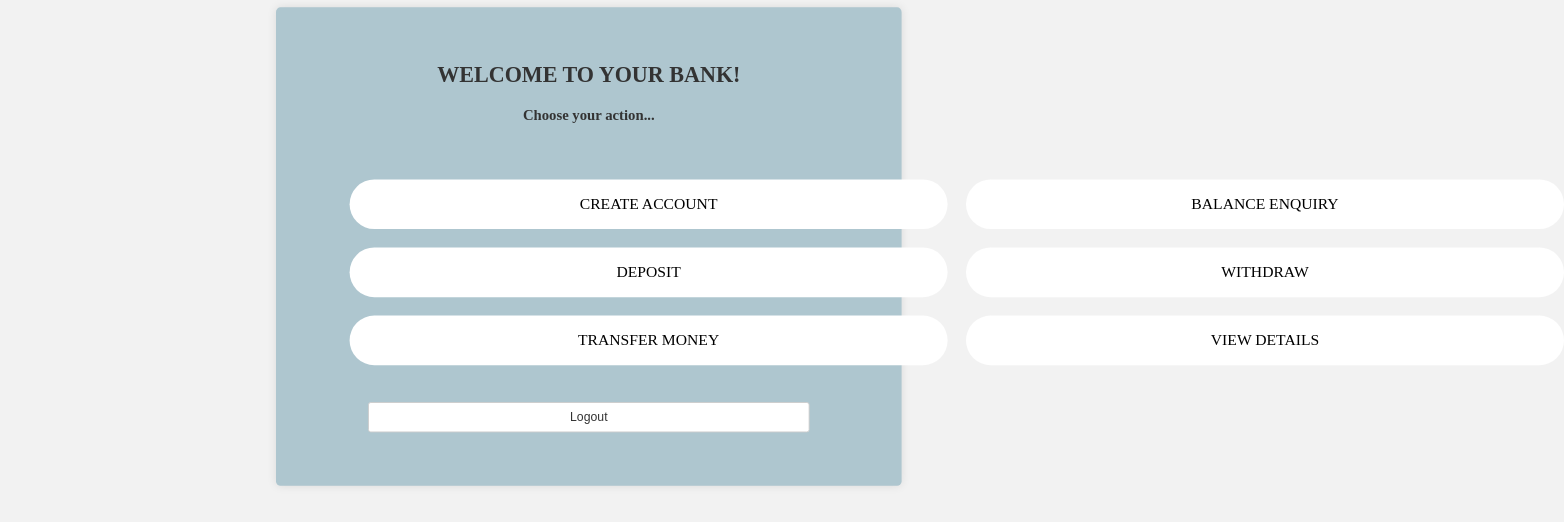
Repository: mansistic-0n3/Java_IGT
Page: Java Project/BankServlet/src/main/webapp/Home.html
The author's editor kept a copy of each file at every save. The page is drawn from the files as they stood at one save, then again after the next save.
The browser window is 1280 px wide. The page is 1700 px wide, then 1280 px, so the pictures cover 1700 px, including what lies to the right of the window. The pictures show the whole page, at 92% of full size.

Above is the page before, as saved 2023-07-03 06:33:17.

After the next save:
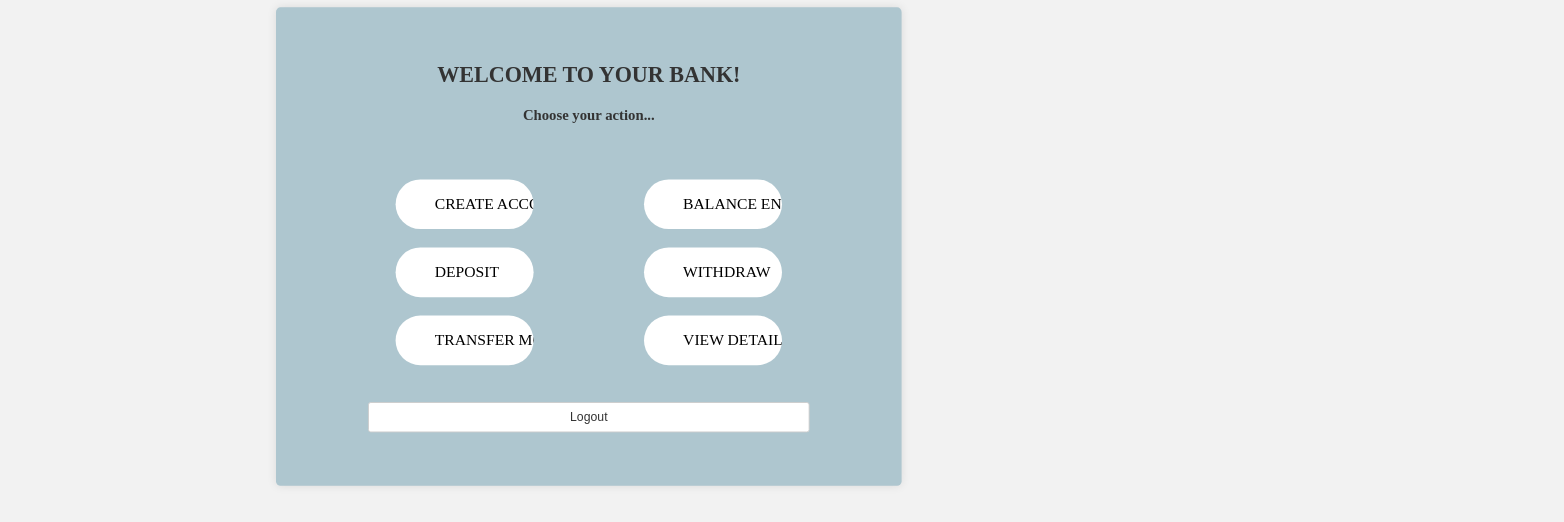
Saved 12 s later.
--- a/Java Project/BankServlet/src/main/webapp/Home.html
+++ b/Java Project/BankServlet/src/main/webapp/Home.html
@@ -20,7 +20,7 @@
   .btn {
  position: relative;
  font-size: 17px;
- width:650px;
+ width:150px;
  text-transform: uppercase;
  text-decoration: none;
  padding: 1em 2.5em;
